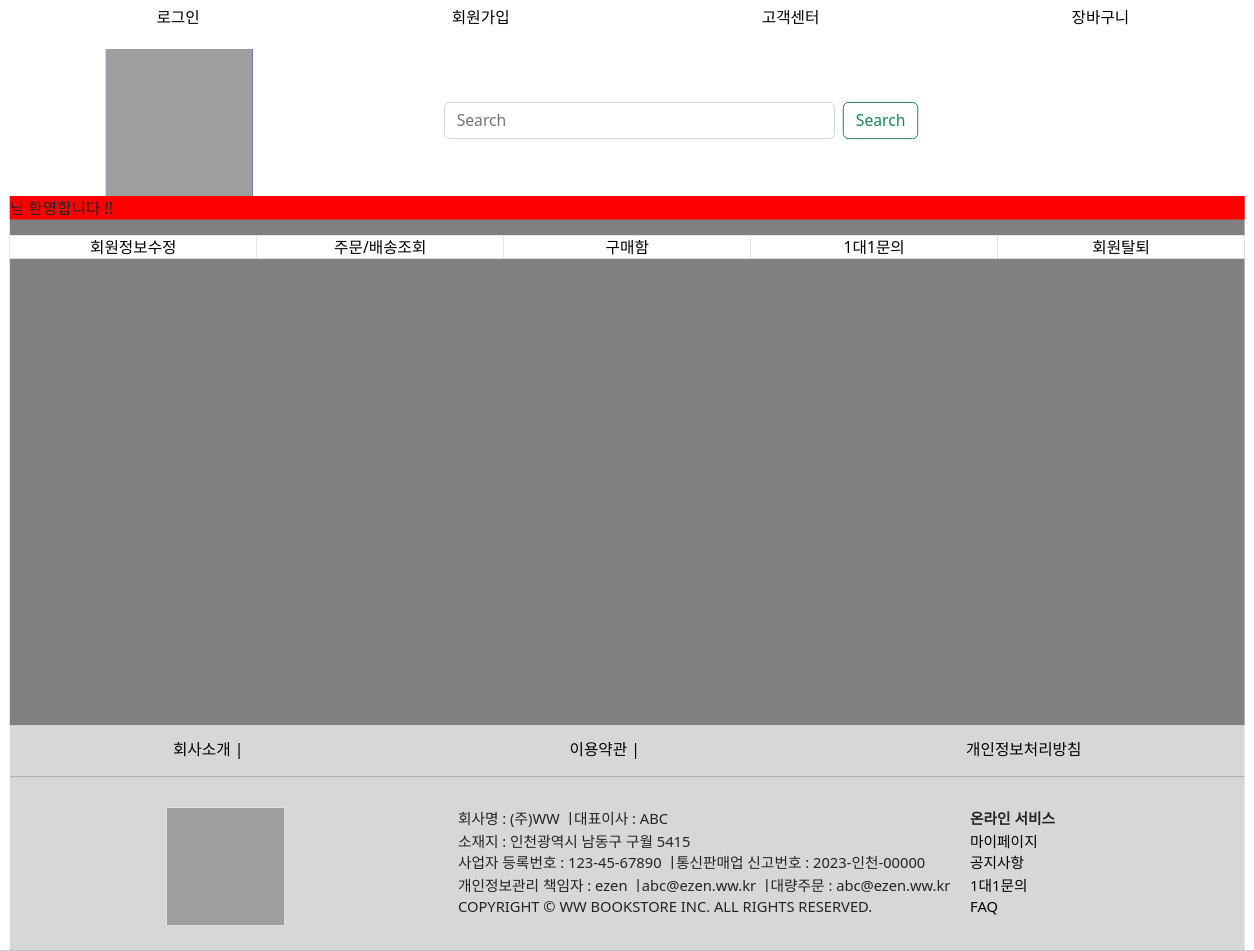
Repository: leehyeonung/project4
Page: http://localhost/book/WEB-INF/views/member/mypage.jsp
These files come from the project's save history. The page is drawn as it stood at one moment and after the next save; the edit follows.
The browser window is 1280 px wide. The pictures show the whole page, at 98% of full size.
Pictures or frames that could not be fetched are drawn as grey boxes. The page is served by Tomcat 9. Nobody is signed in. Other server files are loaded and not shown. The template is opened directly, without the code that normally fills it, so the values that code supplies are empty.

Above is the page before, as saved 2023-01-07 01:16:50.

### book/src/main/webapp/WEB-INF/views/member/mypage.jsp
<%@ page language="java" contentType="text/html; charset=UTF-8"
    pageEncoding="UTF-8"%>
<!DOCTYPE html>
<html>
<head>
<meta charset="UTF-8">
<title>Insert title here</title>
<link rel="stylesheet" type="text/css" href="/resources/css/mypage.css">
</head>
<body>
<jsp:include page="../layout/header.jsp"></jsp:include>
<div class="main">

<div class="information">
${ses.mem_id}님 환영합니다 !!
${ses.mem_cell_num}
</div>

<div class="select">
<ul id="padding">
	<li><a href="/mem/modify" class="box">회원정보수정</a></li>
	<li><a href="/mem/orderCheck?mem_num=${ses.mem_num}" class="box">주문/배송조회</a></li>
	<li><a href="/mem/buyCheck?mem_num=${ses.mem_num}" class="box">구매함</a></li>
	<li><a href="/board/list" class="box">1대1문의</a></li>
	<li><a href="/mem/delete" class="box">회원탈퇴</a></li>
</ul>
</div>
</div>

<jsp:include page="../layout/footer.jsp"></jsp:include>
</body>
</html>

### book/src/main/webapp/WEB-INF/views/layout/header.jsp
<%@ page language="java" contentType="text/html; charset=UTF-8"
    pageEncoding="UTF-8"%>
<%@ taglib uri="http://java.sun.com/jsp/jstl/core" prefix="c"%>
<!DOCTYPE html>
<html>
<head>
<meta charset="UTF-8">
<title>Insert title here</title>
<!-- CSS only -->
<link href="https://cdn.jsdelivr.net/npm/bootstrap@5.2.2/dist/css/bootstrap.min.css"
rel="stylesheet" integrity="sha384-Zenh87qX5JnK2Jl0vWa8Ck2rdkQ2Bzep5IDxbcnCeuOxjzrPF/et3URy9Bv1WTRi"
crossorigin="anonymous">
<link rel="stylesheet" type="text/css" href="/resources/css/header.css">
</head>
<body>
<div class="header">
    <div class="menu">
        <c:if test="${ses.mem_id ==null}">
        <ul><a href="/mem/loginPage">로그인</a></ul>
        <ul><a href="/mem/joinPage">회원가입</a></ul>
        </c:if>
        <c:if test="${ses.mem_id == 'admin' }">
        <ul><a href="/mem/logOut">로그아웃</a></ul>
        <ul><a href="/mem/adminpage">관리인페이지</a></ul>
        </c:if>
        <c:if test="${ses.mem_id !=null && ses.mem_id !='admin' }">
        <ul><a href="/mem/logOut">로그아웃</a></ul>
        <ul><a href="/mem/mypage">마이페이지</a></ul>
        </c:if>
        <ul><a href="#">고객센터</a></ul>
        <ul><a href="#">장바구니</a></ul>
    </div>
    <div class="bar">
       <div class="logo">
         <a href="/"><img src="/resources/image/logo.jpg" alt="로고"></a>
       </div>
         <div class="searchBar">
            <form class="d-flex" role="search">
                 <input class="form-control me-2" type="search" placeholder="Search" aria-label="Search">
                 <button class="btn btn-outline-success" type="submit">Search</button>
              </form>
         </div>
       <div class="icons">
         <a href=""><i class="fa-solid fa-cart-shopping"></i></a>
            <a href=""><i class="fa-solid fa-user"></i></a>
       </div>
    </div>
</div>
</body>
</html>

### book/src/main/webapp/WEB-INF/views/layout/footer.jsp
<%@ page language="java" contentType="text/html; charset=UTF-8"
   pageEncoding="UTF-8"%>
<!DOCTYPE html>
<html>
<head>
<meta charset="UTF-8">
<title>Insert title here</title>
<link rel="stylesheet" type="text/css" href="/resources/css/footer.css">

</head>

<body>
   <div class="footer">
      <div class="footer-top">
         <ul>
            <li><a href="/introduce">회사소개 | </a></li>
            <li><a href="">이용약관 | </a></li>
            <li><a href="">개인정보처리방침</a></li>
         </ul>
      </div>
      <hr>
      <div class="address">
         <div class="footer-logo">
            <img src="/resources/image/logo.jpg" alt="로고">
         </div>
         <div class="address-box">
            <ul>
               <li>회사명 : (주)WW <span style="margin-right: -7px;">ㅣ</span>
                  대표이사 : ABC
               </li>

               <li>소재지 : 인천광역시 남동구 구월 5415</li>
               <li>사업자 등록번호 : 123-45-67890 <span style="margin-right: -7px;">ㅣ</span>
                  통신판매업 신고번호 : 2023-인천-00000
               </li>

               <li>개인정보관리 책임자 : ezen <span style="margin-right: -7px;">ㅣ</span>
                  abc@ezen.ww.kr <span style="margin-right: -7px;">ㅣ</span> 대량주문 :
                  abc@ezen.ww.kr
               </li>

               <li>COPYRIGHT © WW BOOKSTORE INC. ALL RIGHTS RESERVED.</li>

            </ul>

         </div>
         <div class="online-serviceBar">
            <strong>온라인 서비스</strong>
            <ul>
               <li><a href="">마이페이지</a></li>
               <li><a href="">공지사항</a></li>
               <li><a href="">1대1문의</a></li>
               <li><a href="">FAQ</a></li>
            </ul>
         </div>
      </div>
   </div>

</body>
</html>

### book/src/main/webapp/resources/css/mypage.css
@charset "UTF-8";
*{
	margin: 0 auto;
	padding: 0px;
}

.main{
	margin: 0 auto;
    width: 1260px;
    background-color: gray;
}

.select{
	width:1260px;
	height:500px;
}

.id{
    font-size: 30px;
}

.information{
	background-color : red;
}

#padding{
	padding-left: 0px;
}
.box{
    float: left;
    display: inline-block;
	width : 20%;
	height : 100%;
	text-align: center;
	background-color: white;
}

a {
   text-decoration-line: none;
   color: black;
}

a:visited {
   text-decoration: none;
}

a:hover {
   text-decoration: none;
}

a:focus {
   text-decoration: none;
}

a:hover, a:active {
   text-decoration: none;
}

### book/src/main/webapp/resources/css/header.css
body{
    margin:0 auto;
}
.header{
	margin:0 auto;
    width: 1260px;
    height: 200px;
   /*  background-color: pink; */
}
.menu{
   display: flex;
   justify-content: flex-end;
   padding:5px;

}
.logo{
    width: 150px;
    height: 150px;
    background-color: blue;
}
.logo>a>img{
    width: 150px;
    height: 150px;
}
.searchBar{
   /* position:absolute; */
    width: 484px;
    height: 42px;
    /* background-color: gold; */
    margin-top:54px;
    border-radius: 30px;

}
.bar{

   height: 150px;
   display: flex;
   flex-direction: row;
   flex-wrap:nowrap;
   justify-content:space-around;
/*    align-items: baseline; */


}
i{
    font-size: 42px;
    color: black;
    margin-top:54px;
    margin-right: 20px;
}
</style>

### book/src/main/webapp/resources/css/footer.css
.footer {
   width: 1260px;
   height: 230px;
   background-color: rgba(175, 175, 175, 0.5);
   margin: 0 auto;
}

.footer-logo {

   width: 120px;
   height: 120px;
   background-color: beige;
}
.footer-logo>img{
   width: 120px;
   height: 120px;
}

.address-box {
   text-align: left;
   padding: 0;
   margin: 0;
}

.address {
   padding: 15px;
   height: 150px;
   display: flex;
   font-size: 15px;
   /* align-items: baseline; */
   flex-direction: row;
   flex-wrap: nowrap;
   justify-content: space-around;
}

ul {
   list-style: none;
}

.footer, .address li {

}

.footer-top {
   text-align: center;
   padding-top: 12px;
}

.footer-top>ul {
   margin: 0;
   padding: 0;
   display: flex;
   justify-content: center;
}

.footer-top>li {
   margin: 0;
   padding: 0;
}

a {
   text-decoration-line: none;
   color: black;
}

a:visited {
   text-decoration: none;
}

a:hover {
   text-decoration: none;
}

a:focus {
   text-decoration: none;
}

a:hover, a:active {
   text-decoration: none;
}

.online-serviceBar {
   padding: 0px;
   margin-left: 20px;
   width: 120px;
   height: 120px;
}

.online-serviceBar>ul {
   margin: 0px;
   padding: 0px;
}

</style>

After the next save:
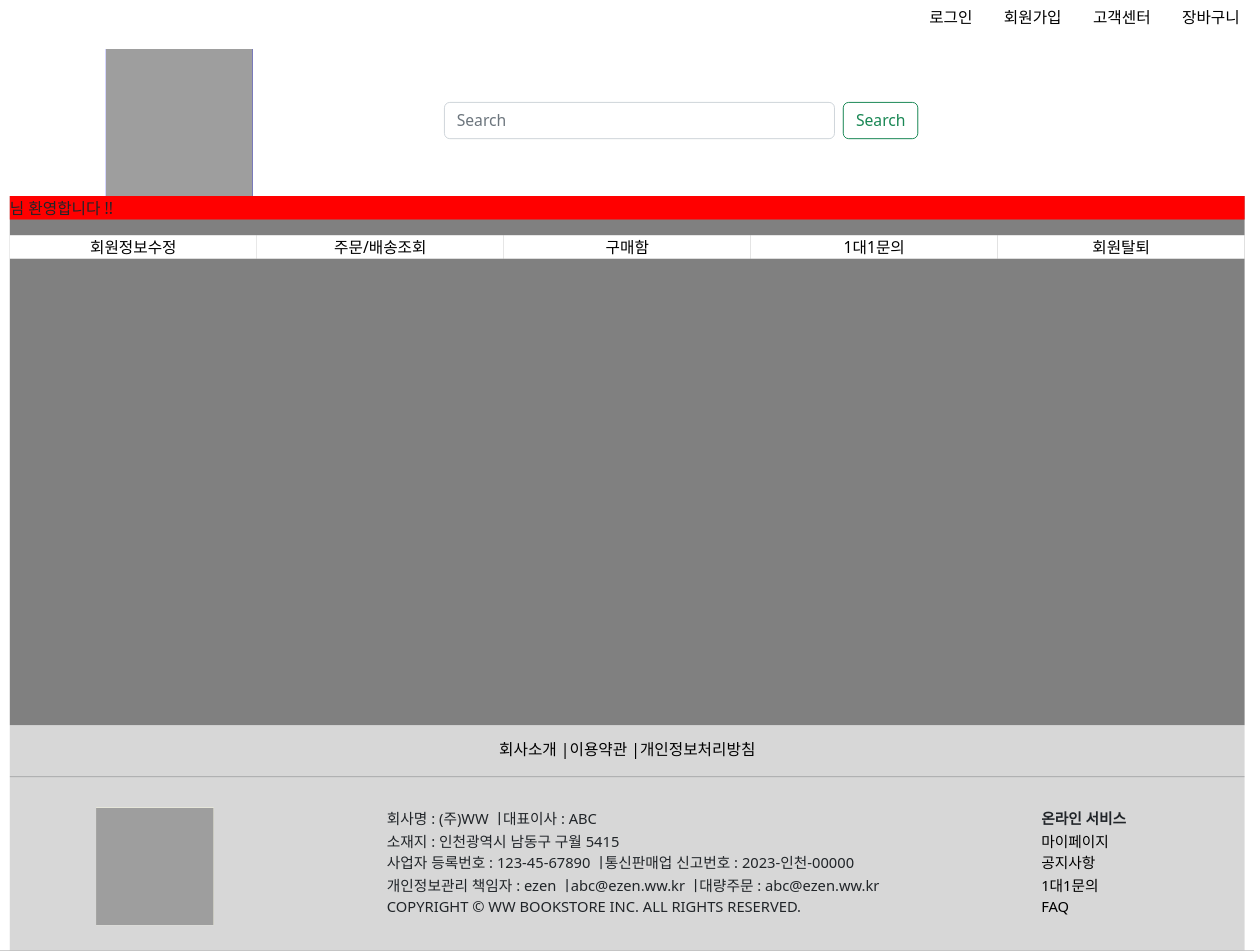
Saved 59 s later.
--- a/book/src/main/webapp/resources/css/mypage.css
+++ b/book/src/main/webapp/resources/css/mypage.css
@@ -1,7 +1,5 @@
 @charset "UTF-8";
 *{
-	margin: 0 auto;
-	padding: 0px;
 }
 
 .main{
